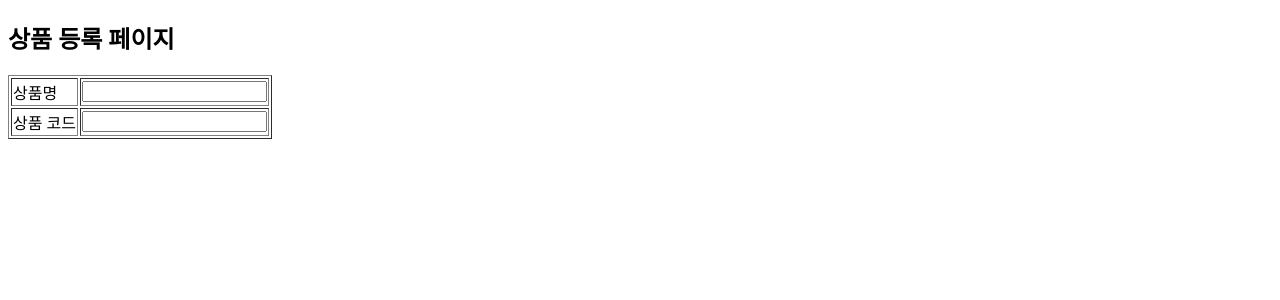
Repository: shinymusket/ideal-memory2
Page: http://localhost/homework08/productReg.jsp
An editor plug-in stored every save of this project. The page is shown before and after the next save, followed by the edit.
The browser window is 1280 px wide. The pictures show the whole page.
The page is served by Tomcat 9.

Above is the page before, as saved 2022-06-17 00:44:07.

After the next save:
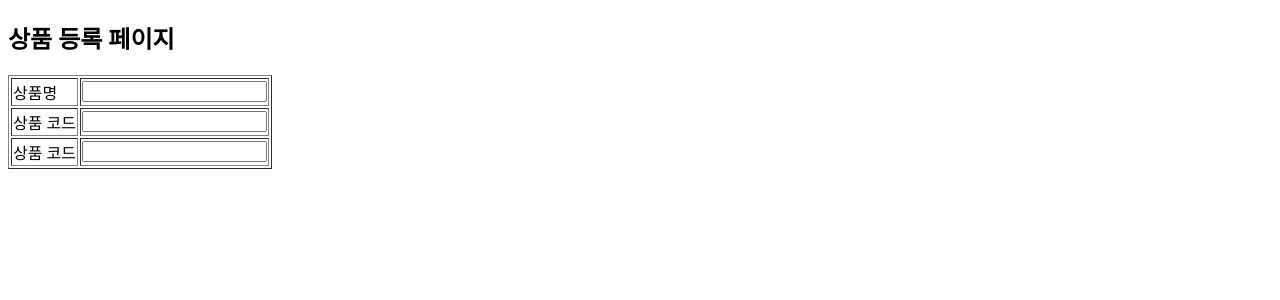
Saved 5 s later.
--- a/homework08/WebContent/productReg.jsp
+++ b/homework08/WebContent/productReg.jsp
@@ -22,6 +22,12 @@
 					<input type="text" name="code">
 				</td>
 			</tr>
+			<tr>
+				<td>상품 코드</td>
+				<td>
+					<input type="text" name="code">
+				</td>
+			</tr>
 
 		</form>
 	</table>
